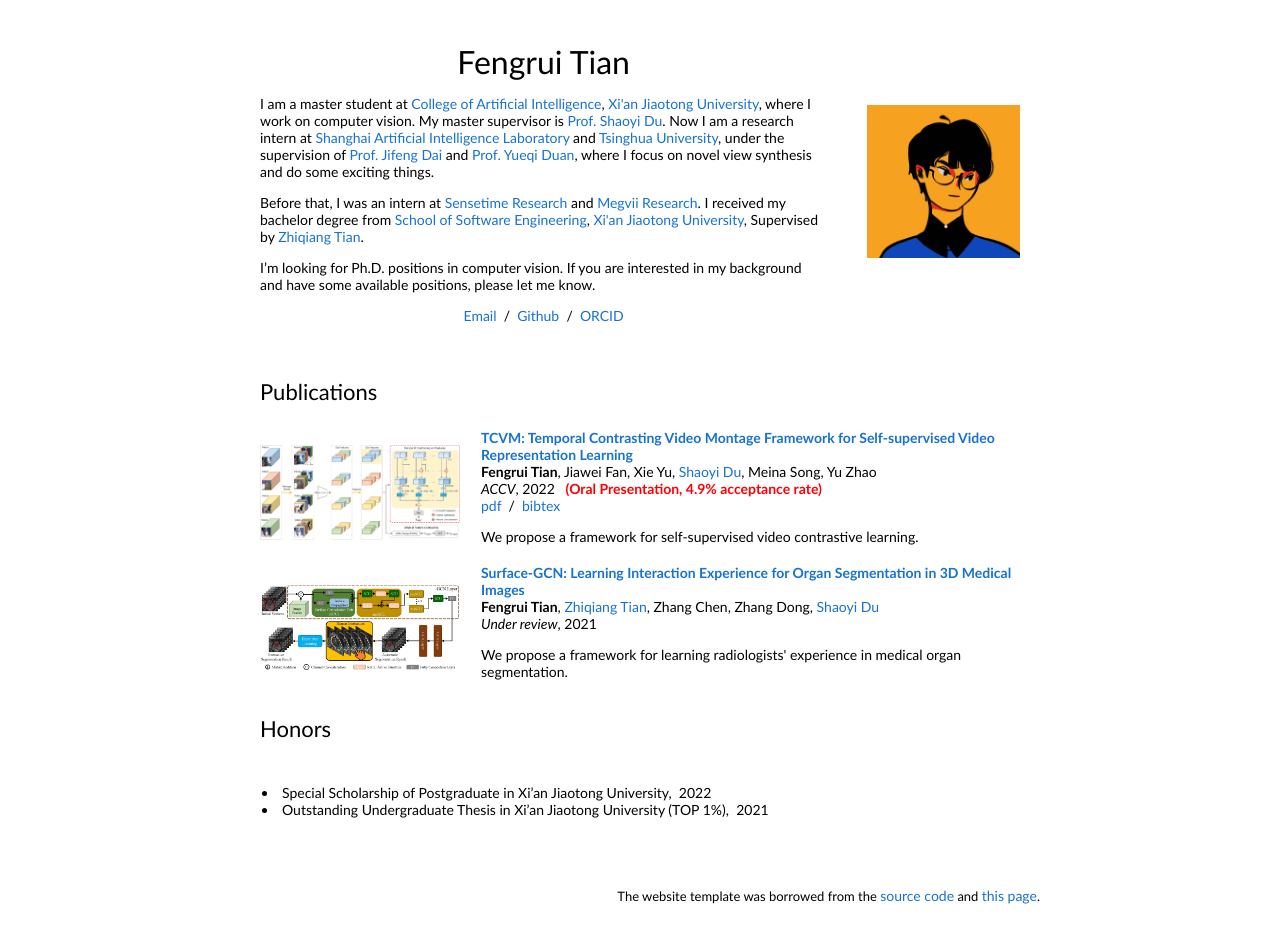
Repository: tianfr/tianfr.github.io
Page: index.html
An editor plug-in stored every save of this project. The page is shown before and after the next save, followed by the edit.
The browser window is 1280 px wide. The pictures show the whole page.

Above is the page before, as saved 2022-11-20 16:15:43.

### index.html
<!DOCTYPE HTML>
<html lang="en"><head><meta http-equiv="Content-Type" content="text/html; charset=UTF-8">

  <title>Fengrui Tian </title>

  <meta name="author" content="Fengrui Tian">
  <meta name="viewport" content="width=device-width, initial-scale=1">

  <link rel="stylesheet" type="text/css" href="stylesheet.css">
	<link rel="icon" href="data:[embedded picture, 141 characters]">
</head>

<body>
  <table style="width:100%;max-width:800px;border:0px;border-spacing:0px;border-collapse:separate;margin-right:auto;margin-left:auto;"><tbody>
    <tr style="padding:0px">
      <td style="padding:0px">
        <table style="width:100%;border:0px;border-spacing:0px;border-collapse:separate;margin-right:auto;margin-left:auto;"><tbody>
          <tr style="padding:0px">
            <td style="padding:2.5%;width:63%;vertical-align:middle">
              <p style="text-align:center">
                <name>
                  Fengrui Tian
                  <!-- <font face="KaiTi" size="6">田丰瑞</font> -->
                </name>
              </p>
              <p>I am a master student at <a href="http://iair.xjtu.edu.cn/">College of Artificial Intelligence</a>, <a href="http://www.xjtu.edu.cn/">Xi'an Jiaotong University</a>, where I work on computer vision. My master supervisor is <a href="https://gr.xjtu.edu.cn/en/web/dushaoyi/home">Prof. Shaoyi Du</a>. Now I am a research intern at <a href="https://www.shlab.org.cn/">Shanghai Artificial Intelligence Laboratory</a> and <a href="https://www.tsinghua.edu.cn/">Tsinghua University</a>, under the supervision of <a href="https://jifengdai.org/">Prof. Jifeng Dai</a> and  <a href="https://duanyueqi.github.io/">Prof. Yueqi Duan</a>, where I focus on novel view synthesis and do some exciting things.
              </p>
              <p> Before that, I was an intern at <a href="https://www.sensetime.com/">Sensetime Research</a> and
                <a href="https://www.megvii.com/">Megvii Research</a>. I received my bachelor degree from  <a href="https://blog.google/products/google-ar-vr/introducing-next-generation-jump/">School of Software Engineering</a>, <a href="http://www.xjtu.edu.cn/">Xi'an Jiaotong University</a>, Supervised by <a href="https://gr.xjtu.edu.cn/en/web/zhiqiangtian/home">Zhiqiang Tian</a>.
              </p>
              <p>  I’m looking for Ph.D. positions in computer vision. If you are interested in my background and have some available positions, please let me know.
              </p>
              <p style="text-align:center">
                <a href="mailto:tianfr@stu.xjtu.edu.cn">Email</a> &nbsp/&nbsp
                <!-- <a href="data/JonBarron-CV.pdf">CV</a> &nbsp/&nbsp -->
                <!-- <a href="data/JonBarron-bio.txt">Bio</a> &nbsp/&nbsp -->
                <!-- <a href="https://scholar.google.com/citations?hl=en&user=jktWnL8AAAAJ">Google Scholar</a> &nbsp/&nbsp -->
                <!-- <a href="https://twitter.com/jon_barron">Twitter</a> &nbsp/&nbsp -->
                <a href="https://github.com/tianfr/">Github</a> &nbsp/&nbsp
                <a href="https://orcid.org/0000-0002-9577-5276">ORCID</a>
              </p>
            </td>
            <td style="padding:2.5%;width:40%;max-width:20%">
              <a href="images/Fengrui_Tian_avatar.jpg"><img style="width:100%;max-width:100%" alt="profile photo" src="images/Fengrui_Tian_avatar.jpg" class="hoverZoomLink"></a>
            </td>
          </tr>
        <!-- </tbody></table>
        <table style="width:100%;border:0px;border-spacing:0px;border-collapse:separate;margin-right:auto;margin-left:auto;"><tbody>
            <tr>
            <td style="padding:20px;width:100%;vertical-align:middle">
              <heading>Research</heading>
              <p>
                I'm interested in computer vision, machine learning, optimization, and image processing. Much of my research is about inferring the physical world (shape, motion, color, light, etc) from images. Representative papers are <span class="highlight">highlighted</span>.
              </p>
            </td>
          </tr>
        </tbody></table> -->
        <table width="100%" align="center" border="0" cellspacing="0" cellpadding="20"><tbody>
          <tr>
            <td>
              <heading>Publications</heading>
            </td>
          </tr>
        </tbody></table>
        <table style="width:100%;border:0px;border-spacing:0px;border-collapse:separate;margin-right:auto;margin-left:auto;"><tbody>

          <tr onmouseout="dreamfusion_stop()" onmouseover="dreamfusion_start()">
            <td style="padding:20px;width:25%;vertical-align:middle">
              <img src="images/tcvm_overview.jpg" alt="prl" width="200" height="95">
            </td>
            <!-- <td style="padding:20px;width:25%;vertical-align:middle">
              <div class="one">
                <div class="two" id='dreamfusion_image'><video  width=100% height=100% muted autoplay loop>
                <source src="images/dreamfusion.mp4" type="video/mp4">
                Your browser does not support the video tag.
                </video></div>
                <img src='images/tcvm_overview.jpg' width="160">
              </div>
              <script type="text/javascript">
                function dreamfusion_start() {
                  document.getElementById('dreamfusion_image').style.opacity = "1";
                }

                function dreamfusion_stop() {
                  document.getElementById('dreamfusion_image').style.opacity = "0";
                }
                dreamfusion_stop()
              </script>
            </td> -->
            <!-- <td style="padding:20px;width:75%;vertical-align:middle"> -->
            <td width="75%" valign="middle">
              <a href="paper/22accv_tcvm.pdf">
                <papertitle>TCVM: Temporal Contrasting Video Montage Framework for Self-supervised Video Representation Learning</papertitle>
              </a>
              <br>
              <strong>Fengrui Tian</strong>,
              Jiawei Fan,
              Xie Yu,
              <a href="https://gr.xjtu.edu.cn/en/web/dushaoyi/home">Shaoyi Du</a>,
              Meina Song,
              Yu Zhao
              <br>
              <em>ACCV</em>, 2022 &nbsp <font color="red"><strong>(Oral Presentation, 4.9% acceptance rate)</strong></font>
              <br>
              <a href="paper/22accv_tcvm.pdf">pdf</a>  &nbsp/&nbsp
              <a href="data/accv22TCVM.bib">bibtex</a>
              <p></p>
              <p>
              We propose a framework for self-supervised video contrastive learning.
              </p>
            </td>
          </tr>


          <tr>
            <td style="padding:20px;width:25%;vertical-align:middle">
              <img src="images/surfacegcn.jpg" alt="prl" width="200" height="85">
            </td>
            <td width="75%" valign="middle">
              <a href="">
                <papertitle>Surface-GCN: Learning Interaction Experience for Organ Segmentation in 3D Medical Images</papertitle>
              </a>
              <br>
              <strong>Fengrui Tian</strong>,
              <a href="https://gr.xjtu.edu.cn/en/web/zhiqiangtian/home">Zhiqiang Tian</a>,
              Zhang Chen,
              Zhang Dong,
              <a href="https://gr.xjtu.edu.cn/en/web/dushaoyi/home">Shaoyi Du</a>
              <br>
              <em>Under review</em>, 2021
              <br>
              <!-- <a href="data/BarronPRL2009.bib">bibtex</a> -->
              <p>We propose a framework for learning radiologists' experience in medical organ segmentation.</p>
            </td>
          </tr>

        </tbody></table>


        <table width="100%" align="center" border="0" cellspacing="0" cellpadding="20"><tbody>
          <tr>
            <td>
              <heading>Honors</heading>
            </td>
          </tr>
        </tbody></table>
        <table width="100%" align="center" border="0" cellpadding="20"><tbody>
          <tr>
            <td style="padding:20px;width:100%;vertical-align:middle">
              <li>Special Scholarship of Postgraduate in Xi’an Jiaotong University,&nbsp; 2022 </li>
              <li>Outstanding Undergraduate Thesis in Xi’an Jiaotong University (TOP 1%),&nbsp; 2021 </li> <br>
          </td>

          </tr>


        </tbody></table>
        <table style="width:100%;border:0px;border-spacing:0px;border-collapse:separate;margin-right:auto;margin-left:auto;"><tbody>
          <tr>
            <td style="padding:0px">
              <br>
              <p style="text-align:right;font-size:small;">
                The website template was borrowed from the <a href="https://github.com/jonbarron/website">source code</a> and <a href="https://jonbarron.info/"> this page</a>.
              </p>
            </td>
          </tr>
        </tbody></table>
      </td>
    </tr>
  </table>
</body>

</html>

### stylesheet.css
/* latin-ext */
@font-face {
  font-family: 'Lato';
  font-style: italic;
  font-weight: 400;
  src: local('Lato Italic'), local('Lato-Italic'), url(https://fonts.gstatic.com/s/lato/v15/S6u8w4BMUTPHjxsAUi-qNiXg7eU0.woff2) format('woff2');
  unicode-range: U+0100-024F, U+0259, U+1E00-1EFF, U+2020, U+20A0-20AB, U+20AD-20CF, U+2113, U+2C60-2C7F, U+A720-A7FF;
}
/* latin */
@font-face {
  font-family: 'Lato';
  font-style: italic;
  font-weight: 400;
  src: local('Lato Italic'), local('Lato-Italic'), url(https://fonts.gstatic.com/s/lato/v15/S6u8w4BMUTPHjxsAXC-qNiXg7Q.woff2) format('woff2');
  unicode-range: U+0000-00FF, U+0131, U+0152-0153, U+02BB-02BC, U+02C6, U+02DA, U+02DC, U+2000-206F, U+2074, U+20AC, U+2122, U+2191, U+2193, U+2212, U+2215, U+FEFF, U+FFFD;
}
/* latin-ext */
@font-face {
  font-family: 'Lato';
  font-style: italic;
  font-weight: 700;
  src: local('Lato Bold Italic'), local('Lato-BoldItalic'), url(https://fonts.gstatic.com/s/lato/v15/S6u_w4BMUTPHjxsI5wq_FQftx9897sxZ.woff2) format('woff2');
  unicode-range: U+0100-024F, U+0259, U+1E00-1EFF, U+2020, U+20A0-20AB, U+20AD-20CF, U+2113, U+2C60-2C7F, U+A720-A7FF;
}
/* latin */
@font-face {
  font-family: 'Lato';
  font-style: italic;
  font-weight: 700;
  src: local('Lato Bold Italic'), local('Lato-BoldItalic'), url(https://fonts.gstatic.com/s/lato/v15/S6u_w4BMUTPHjxsI5wq_Gwftx9897g.woff2) format('woff2');
  unicode-range: U+0000-00FF, U+0131, U+0152-0153, U+02BB-02BC, U+02C6, U+02DA, U+02DC, U+2000-206F, U+2074, U+20AC, U+2122, U+2191, U+2193, U+2212, U+2215, U+FEFF, U+FFFD;
}
/* latin-ext */
@font-face {
  font-family: 'Lato';
  font-style: normal;
  font-weight: 400;
  src: local('Lato Regular'), local('Lato-Regular'), url(https://fonts.gstatic.com/s/lato/v15/S6uyw4BMUTPHjxAwXiWtFCfQ7A.woff2) format('woff2');
  unicode-range: U+0100-024F, U+0259, U+1E00-1EFF, U+2020, U+20A0-20AB, U+20AD-20CF, U+2113, U+2C60-2C7F, U+A720-A7FF;
}
/* latin */
@font-face {
  font-family: 'Lato';
  font-style: normal;
  font-weight: 400;
  src: local('Lato Regular'), local('Lato-Regular'), url(https://fonts.gstatic.com/s/lato/v15/S6uyw4BMUTPHjx4wXiWtFCc.woff2) format('woff2');
  unicode-range: U+0000-00FF, U+0131, U+0152-0153, U+02BB-02BC, U+02C6, U+02DA, U+02DC, U+2000-206F, U+2074, U+20AC, U+2122, U+2191, U+2193, U+2212, U+2215, U+FEFF, U+FFFD;
}
/* latin-ext */
@font-face {
  font-family: 'Lato';
  font-style: normal;
  font-weight: 700;
  src: local('Lato Bold'), local('Lato-Bold'), url(https://fonts.gstatic.com/s/lato/v15/S6u9w4BMUTPHh6UVSwaPGQ3q5d0N7w.woff2) format('woff2');
  unicode-range: U+0100-024F, U+0259, U+1E00-1EFF, U+2020, U+20A0-20AB, U+20AD-20CF, U+2113, U+2C60-2C7F, U+A720-A7FF;
}
/* latin */
@font-face {
  font-family: 'Lato';
  font-style: normal;
  font-weight: 700;
  src: local('Lato Bold'), local('Lato-Bold'), url(https://fonts.gstatic.com/s/lato/v15/S6u9w4BMUTPHh6UVSwiPGQ3q5d0.woff2) format('woff2');
  unicode-range: U+0000-00FF, U+0131, U+0152-0153, U+02BB-02BC, U+02C6, U+02DA, U+02DC, U+2000-206F, U+2074, U+20AC, U+2122, U+2191, U+2193, U+2212, U+2215, U+FEFF, U+FFFD;
}

a {
  color: #1772d0;
  text-decoration: none;
}

a:focus,
a:hover {
  color: #f09228;
  text-decoration: none;
}

body,
td,
th,
tr,
p,
a {
  font-family: 'Lato', Verdana, Helvetica, sans-serif;
  font-size: 14px
}

strong {
  font-family: 'Lato', Verdana, Helvetica, sans-serif;
  font-size: 14px;
}

heading {
  font-family: 'Lato', Verdana, Helvetica, sans-serif;
  font-size: 22px;
}

papertitle {
  font-family: 'Lato', Verdana, Helvetica, sans-serif;
  font-size: 14px;
  font-weight: 700
}

name {
  font-family: 'Lato', Verdana, Helvetica, sans-serif;
  font-size: 32px;
}

.one {
  width: 160px;
  height: 160px;
  position: relative;
}

.two {
  width: 160px;
  height: 160px;
  position: absolute;
  transition: opacity .2s ease-in-out;
  -moz-transition: opacity .2s ease-in-out;
  -webkit-transition: opacity .2s ease-in-out;
}

.fade {
  transition: opacity .2s ease-in-out;
  -moz-transition: opacity .2s ease-in-out;
  -webkit-transition: opacity .2s ease-in-out;
}

span.highlight {
  background-color: #ffffd0;
}

After the next save:
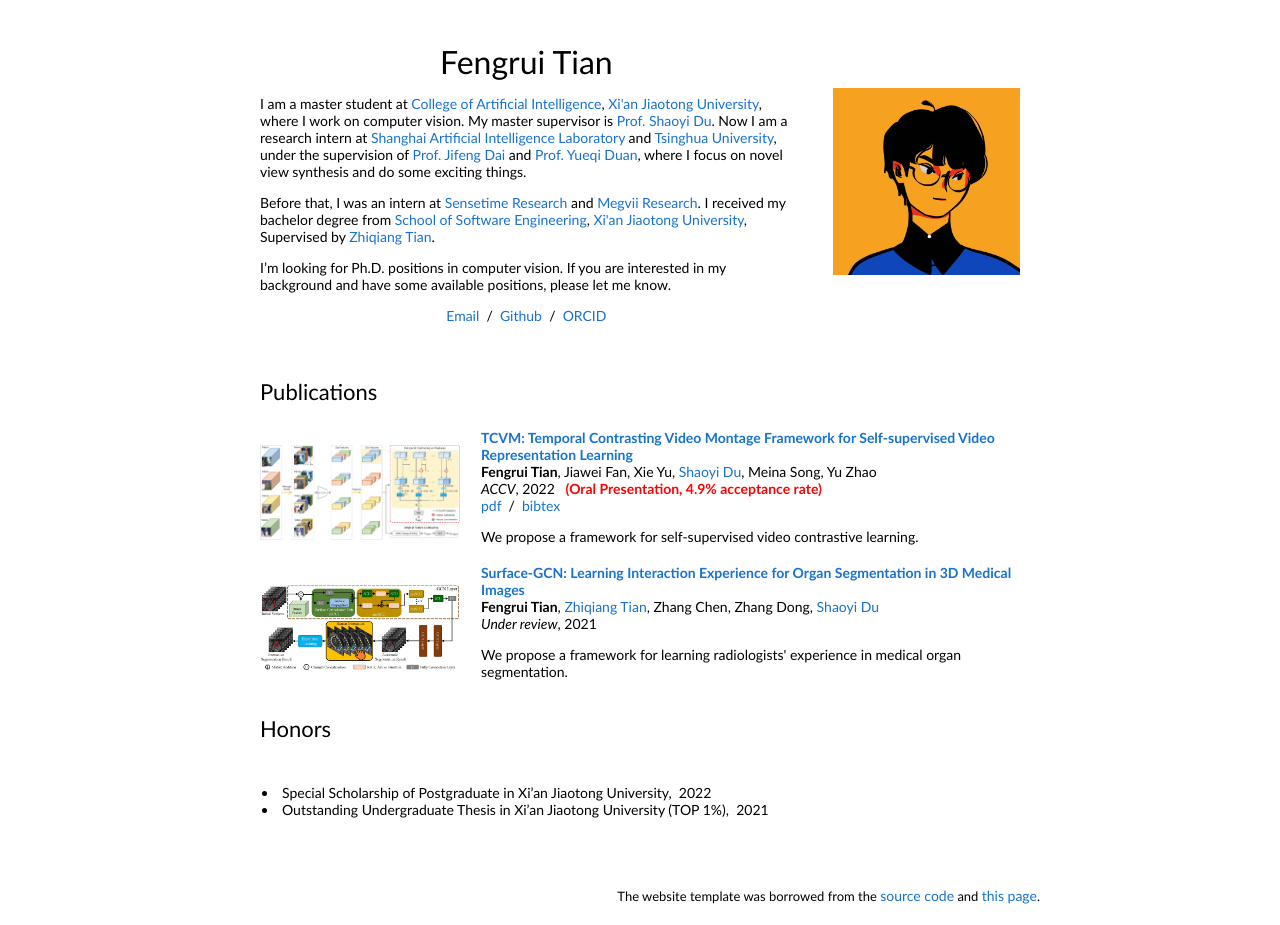
Saved 12 s later.
--- a/index.html
+++ b/index.html
@@ -40,7 +40,7 @@
                 <a href="https://orcid.org/0000-0002-9577-5276">ORCID</a>
               </p>
             </td>
-            <td style="padding:2.5%;width:40%;max-width:20%">
+            <td style="padding:2.5%;width:25%;max-width:25%">
               <a href="images/Fengrui_Tian_avatar.jpg"><img style="width:100%;max-width:100%" alt="profile photo" src="images/Fengrui_Tian_avatar.jpg" class="hoverZoomLink"></a>
             </td>
           </tr>
